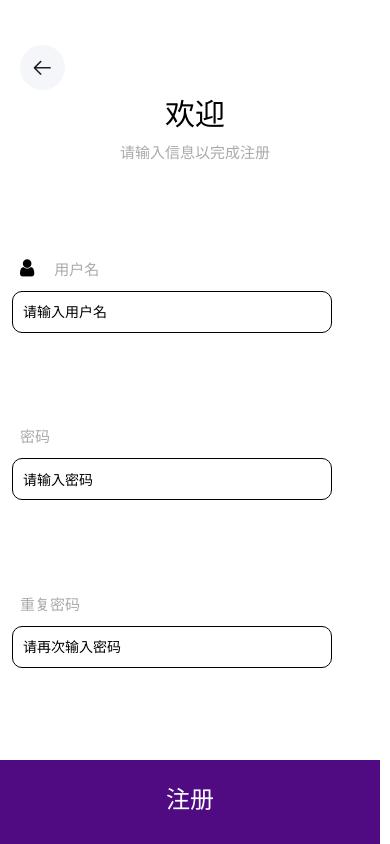
Repository: eyebone/barManager
Screen: /sign
An editor plug-in stored every save of this project. The screen is shown before and after the next save, followed by the edit.
The app was drawn by React Native's web renderer in a window 390 px wide. The project was rebuilt for these pictures with package versions that can differ from the ones it lists, and the page was loaded fresh each time. Some packages were replaced by stand-ins written for this rebuild. Also part of the build but not shown: components/EmojiPicker.js, components/Button.js, components/ImageViewer.js, components/circleButton.js, components/IconButton.js, view/ViewOne.js, view/Main.js.

Above is the screen before, as saved 2023-06-26 16:35:46.

After the next save:
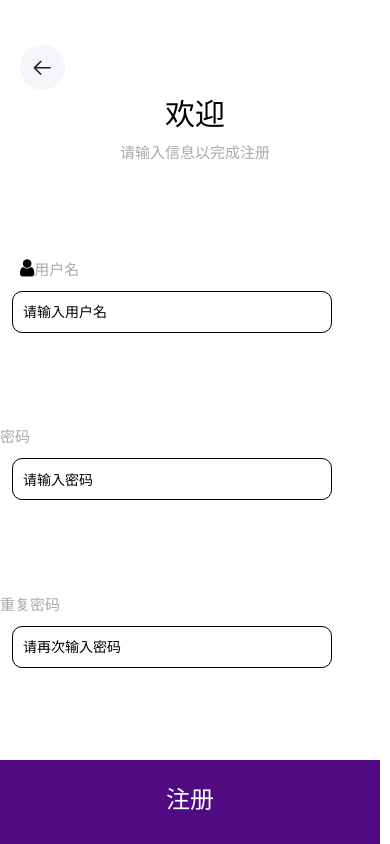
Saved 9 s later.
--- a/view/Sign.js
+++ b/view/Sign.js
@@ -123,7 +123,7 @@ const styles = StyleSheet.create({
   smallText: {
     fontSize: PixelRatio.getFontScale() * 15,
     color: "#aaa",
-    paddingLeft: 20
+    // paddingLeft: 20
   },
   footerContainer: {
     flex: 1 / 2,
